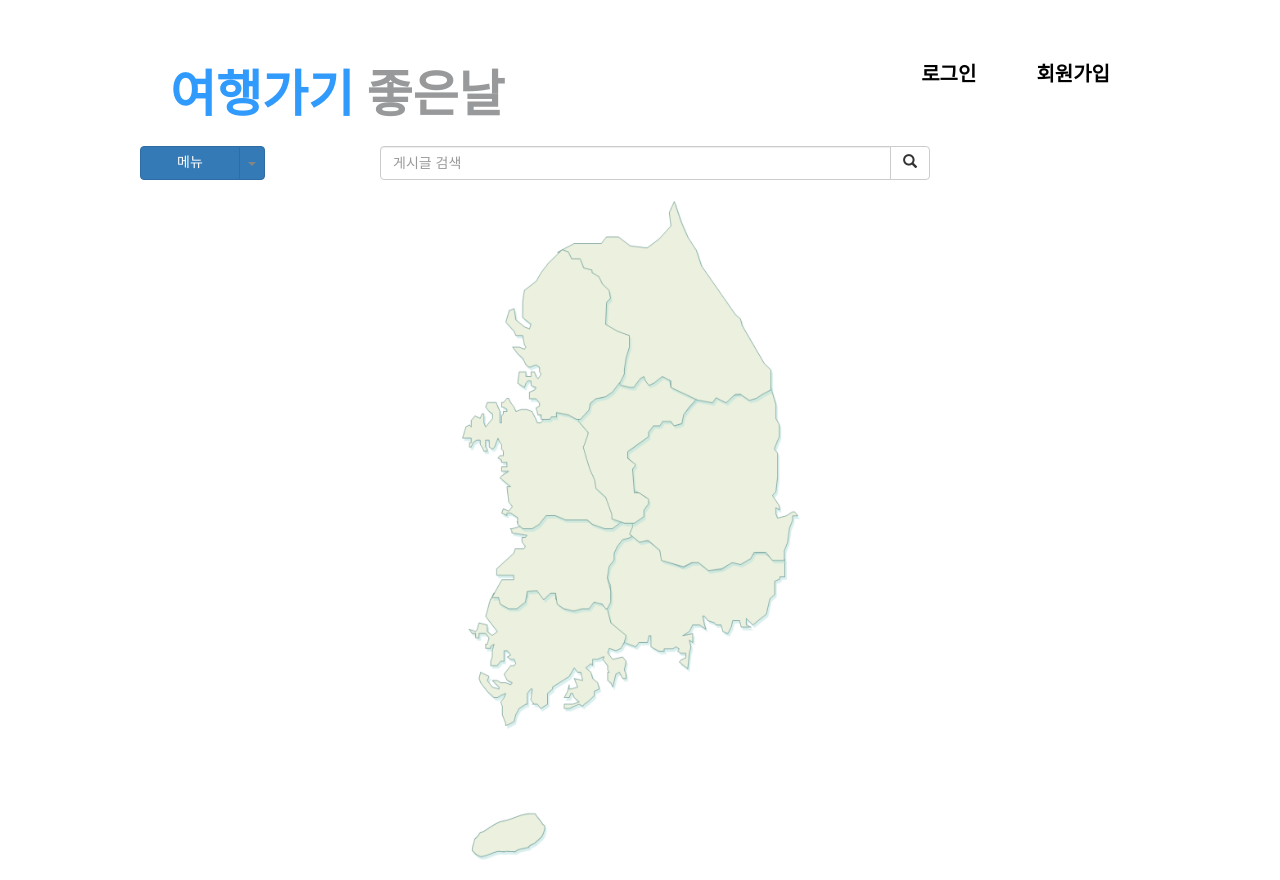
Repository: Hotmintchoco/teamProject1
Page: http://localhost/tripProject/mypage.jsp
The author's editor kept a copy of each file at every save. The page is drawn from the files as they stood at one save, then again after the next save.
The browser window is 1280 px wide. The pictures show the whole page.
Some web fonts or font styles are not loaded; a fallback is used. The page is served by Tomcat 9. Nobody is signed in. The application's start-up code is not run. Other server files are loaded and not shown.

Above is the page before, as saved 2022-07-02 11:45:04.

### tripProject/src/main/webapp/mypage.jsp
<%@ page language="java" contentType="text/html; charset=UTF-8"
    pageEncoding="UTF-8"%>
<!DOCTYPE html>
<html>
<head>
<meta charset="UTF-8">
    <meta name="viewport" content="width=device-width, initial-scale=1.0">
    <title>여행가기 좋은날</title>
    <link rel="preconnect" href="https://fonts.googleapis.com">
	<link rel="preconnect" href="https://fonts.gstatic.com" crossorigin>
	<link href="https://fonts.googleapis.com/css2?family=Gugi&display=swap" rel="stylesheet">
    <link rel="stylesheet" href="fontawesome/css/all.min.css"> <!-- https://fontawesome.com/ -->
    <link rel="stylesheet" href="css/magnific-popup.css">
    <link rel="stylesheet" href="css/templatemo-ocean-vibes.css">
    <link rel="stylesheet" href="https://maxcdn.bootstrapcdn.com/bootstrap/3.4.1/css/bootstrap.min.css">
    <script src="https://ajax.googleapis.com/ajax/libs/jquery/3.6.0/jquery.min.js"></script>
  	<script src="https://maxcdn.bootstrapcdn.com/bootstrap/3.4.1/js/bootstrap.min.js"></script>

    <style>
    	* {font-family: 'Gugi', cursive}
        ul,ol.li {list-style: none; margin: 0; padding: 0;}
        nav {width: 1000px; height: 50px; margin:0 auto;}
	    nav > ul > li > a {float: right; color: black; font-size: 20px;
            text-decoration: none; margin: 0px 30px 0 30px;
            font-weight: bold;}
        #slider {width: 1000px; height: 700px; margin: 0 auto;}
        #slider > img {margin-left: 250px;}
        .tm-mt-0 {float: left; font-size: 50px;}
        #menubar {width: 1000px; margin: 0 auto;}
    </style>
</head>
<body>
    <header class="tm-site-header">
        <div>
            <nav>
                <ul>
                    <li><a href="#">회원가입</a></li>
                    <li><a href="#">로그인</a></li>
                    <li><a href="mypage.jsp" class="tm-mt-0 tm-mb-15"><span class="tm-color-primary">여행가기</span> <span class="tm-color-gray-2">좋은날</span></a></li>
                </ul>
            </nav>
        </div>
    </header>
    <div id="menubar">
		<table style="width: 100%;">
			<tbody>
				<tr style="width: 100%;">
					<td style="width: 24%;">
						<div class="btn-group">
							<button type="button" class="btn btn-primary" style="width:100px;">메뉴</button>
							<button type="button" class="btn btn-primary dropdown-toggle"
								data-toggle="dropdown">
								<span class="caret"></span>
							</button>
							<ul class="dropdown-menu" role="menu">
								<li><a href="#">코스</a></li>
								<li><a href="#">축제</a></li>
								<li><a href="#">이벤트</a></li>
							</ul>
						</div>
					</td>
					<td style="width: 55%;">
					<form action="memberForm.jsp">
						<div class="input-group">
							<input type="text" class="form-control" name="search"
								placeholder="게시글 검색">
							<div class="input-group-btn">
								<button class="btn btn-default" type="submit">
									<i class="glyphicon glyphicon-search"></i>
								</button>
							</div>
						</div>
					</form>
					</td>
					<td></td>
				</tr>
			</tbody>
		</table>
    </div>

	<div id="slider">
        <img src="img/koreaMap2.png" alt="Map" width="450px" height="700px">
    </div>

    <script src="js/jquery-3.4.1.min.js"></script>
    <script src="js/imagesloaded.pkgd.min.js"></script>
    <script src="js/isotope.pkgd.min.js"></script>
    <script src="js/jquery.magnific-popup.min.js"></script>
    <script src="js/templatemo-script.js"></script>
</body>
</html>

### tripProject/src/main/webapp/css/templatemo-ocean-vibes.css
/*

TemplateMo 554 Ocean Vibes

https://templatemo.com/tm-554-ocean-vibes

*/

html { overflow-x: hidden; }

body {
    font-family: 'Source Sans Pro', sans-serif;
    font-size: 19px;
    line-height: 1.8em;
    overflow-x: hidden;
}

p, span, em, a, address { color: #848586; }
h2, p {
    margin-top: 0;
}

a:hover, a.active { color: #309AFD; }

.tm-btn {
    padding: 10px 40px;
    color: white;
    background-color: #3299CD;
    display: inline-block;
    border: none;
    cursor: pointer;
    font-size: 1.2rem;
    transition: all 0.3s ease;
}

button.tm-btn {
    padding: 15px 40px;
}

.tm-btn:hover {
    color: white;
    background-color: #49b4e9;
}

h1 { font-size: 3rem; }
em { display: block; }
div { box-sizing: border-box;}
.tm-mt-35 { margin-top: 35px; }
.tm-mb-0 { margin-bottom: 0; }
.tm-mb-15 { margin-bottom: 15px; }
.tm-mb-30 { margin-bottom: 30px; }
.tm-mb-40 { margin-bottom: 40px; }
.tm-mb-50 { margin-bottom: 50px; }
.tm-mb-80 { margin-bottom: 80px; }
.tm-text-center { text-align: center; }
.tm-text-right { text-align: right; }
.tm-color-primary { color: #309AFD; }
.tm-color-gray { color: #666768; }
.tm-color-gray-2 { color: #98999A; }
.tm-color-light-gray { color: #9E9FA0; }
.tm-bg-white { background-color: #FFF; }
.tm-bg-gray { background-color: #F1F2F3; }
blockquote { margin: 0 0 30px 10px; }
img { max-width: 100%; }
.tm-page-title { font-size: 30px; }

body, ul {
    margin: 0;
    padding: 0;
}

a {
    text-decoration: none;
    transition: all 0.3s ease;
}

.tm-mt-0 { margin-top: 0; }

.tm-site-header {
    padding: 60px 70px 30px;
}

.tm-tagline {
    font-size: 1.5rem;
    margin-left: 130px;
}

#tm-video-container {
    max-height: 400px;
    overflow: hidden;
    background-color: #333;
    margin-bottom: 90px;
    position: relative;
}

#tm-video {
    width: 100%;
    height: auto;
}

#tm-video-control-button {
    position: absolute;
    bottom: 20px;
    right: 20px;
    z-index: 1000;
    color: #e1e1e1;
}

.tm-nav-item {
    list-style: none;
    margin: 22px;
}

.tm-nav-link {
    display: flex;
    align-items: center;
    flex-direction: column;
    width: 200px;
    height: 200px;
    padding: 30px;
    border: 1px solid #D2D3D4;
    color: #999;
    box-sizing: border-box;
}

.tm-nav-link:hover,
.tm-nav-link.active {
    color: #309AFD;
}

.tm-nav-link i {
    margin-top: 30px;
    color: #309AFD;
}

.tm-main-nav ul {
    display: flex;
    flex-wrap: wrap;
    margin-left: auto;
    margin-right: auto;
}

.tm-container {
    max-width: 1254px;
    padding-left: 15px;
    padding-right: 15px;
    margin: 0 auto 135px;
}

.tm-footer {
    display: flex;
    justify-content: space-between;
    padding: 25px;
    font-size: 0.9em;
}

.tm-close-popup {
    text-align: right;
    display: block;
}

.tm-close-popup i {
    margin-left: 10px;
    margin-right: 10px;
}

.tm-row {
    display: flex;
}

.tm-col-6 {
    flex: 0 0 50%;
}

.tm-intro-pad {
    padding: 40px 55px 50px;
}

.tm-intro-col-l {
    margin-right: 40px;
}

/* text-based popup styling */
.popup {
    position: relative;
    padding: 12px 10px 35px;
    width:auto;
    max-width: 1200px;
    margin: 0 auto;
}

/*

====== Move-from-top effect ======

*/
.mfp-move-from-top .mfp-with-anim {
    opacity: 0;
    transition: all 0.2s;
    transform: translateY(-100px);
}
.mfp-move-from-top.mfp-bg {
    opacity: 0;
    transition: all 0.2s;
}
.mfp-move-from-top.mfp-ready .mfp-with-anim {
    opacity: 1;
    transform: translateY(0);
}
.mfp-move-from-top.mfp-ready.mfp-bg {
    opacity: 0.8;
}
.mfp-move-from-top.mfp-removing .mfp-with-anim {
    transform: translateY(-50px);
    opacity: 0;
}
.mfp-move-from-top.mfp-removing.mfp-bg {
    opacity: 0;
}

button.mfp-arrow {
    display: none;
}

/* Intro */
.tm-intro-img {
    max-width: 300px;
    max-height: 600px;
}

/* Gallery */
.tm-gallery {
    flex: 0 0 68%;
    margin: 0 20px;
}

.tm-gallery-container {
    position: relative;
    max-width: 800px;
    margin: 0 -10px;
	list-style: none;
    text-align: center;
}

.tm-paging {
    overflow: auto;
    margin-top: 25px;
}

.tm-paging li {
    list-style: none;
}

.tm-paging-link {
    display: flex;
    float: left;
    width: 40px;
    height: 40px;
    align-items: center;
    justify-content: center;
    background: white;
    color: #999;
    margin-right: 15px;
    margin-bottom: 15px;
}

a.tm-paging-link.active,
a.tm-paging-link:hover {
    background: #309AFD;
    color: white;
}

.tm-gallery-right {
    flex: 0 0 26%;
    margin-left: 15px;
}

.tm-gallery-links {
    margin-left: 35px;
    margin-bottom: 55px;
}

.tm-gallery-links li {
    list-style: none;
    margin-bottom: 20px;
}

.tm-gallery-link-icon {
    display: inline-block;
    width: 30px;
}

.tm-gallery-item {
    overflow: hidden;
    margin: 15px 10px;
    min-width: 180px;
    max-width: 180px;
    max-height: 240px;
    width: 25%;
    background: #3085a3;
    text-align: center;
    cursor: pointer;
}

.tm-gallery-container figure img {
    position: relative;
    display: block;
    min-height: 100%;
    max-width: 100%;
    opacity: 0.9;
}

.tm-gallery-container figure figcaption {
	padding: 2em;
	color: #fff;
	text-transform: uppercase;
	font-size: 1.25em;
	-webkit-backface-visibility: hidden;
	backface-visibility: hidden;
}

.tm-gallery-container figure figcaption::before,
.tm-gallery-container figure figcaption::after {
	pointer-events: none;
}

.tm-gallery-container figure figcaption,
.tm-gallery-container figure figcaption > a {
	position: absolute;
	top: 0;
	left: 0;
	width: 100%;
	height: 100%;
}

/* Anchor will cover the whole item by default */
/* For some effects it will show as a button */
.tm-gallery-container figure h2 {
	word-spacing: -0.15em;
	font-weight: 300;
}

.tm-gallery-container figure h2 span {
	font-weight: 800;
}

.tm-gallery-container figure h2,
.tm-gallery-container figure p {
	margin: 0;
}

.tm-gallery-container figure p {
	letter-spacing: 1px;
	font-size: 68.5%;
}

/*---------------*/
/***** Chico *****/
/*---------------*/

figure.effect-chico img {
	-webkit-transition: opacity 0.35s, -webkit-transform 0.35s;
	transition: opacity 0.35s, transform 0.35s;
	-webkit-transform: scale(1.12);
	transform: scale(1.12);
}

figure.effect-chico:hover img {
	opacity: 0.5;
	-webkit-transform: scale(1);
	transform: scale(1);
}

figure.effect-chico figcaption {
    padding: 1em;
    box-sizing: border-box;
    display: flex;
    align-items: center;
}

figure.effect-chico figcaption::before {
	position: absolute;
	top: 15px;
	right: 15px;
	bottom: 15px;
	left: 15px;
	border: 1px solid #fff;
	content: '';
	-webkit-transform: scale(1.1);
	transform: scale(1.1);
}

figure.effect-chico figcaption::before,
figure.effect-chico p {
	opacity: 0;
	-webkit-transition: opacity 0.35s, -webkit-transform 0.35s;
	transition: opacity 0.35s, transform 0.35s;
}

figure.effect-chico h2 {
	padding: 20% 0 20px 0;
}

figure.effect-chico p {
    color: white;
	margin: 0 auto;
	max-width: 200px;
	-webkit-transform: scale(1.5);
	transform: scale(1.5);
}

figure.effect-chico:hover figcaption::before,
figure.effect-chico:hover p {
	opacity: 1;
	-webkit-transform: scale(1);
	transform: scale(1);
}

/* Testimonials */
.tm-testimonials-inner {
    padding: 0 20px 30px;
}

.tm-testimonial-col {
    flex: 0 0 33.3334%;
    padding-left: 20px;
    padding-right: 20px;
}

/* About */
.mapouter{
    position:relative;
    height:250px;
    width:100%;
}

.gmap_canvas {
    overflow:hidden;
    background:none!important;
    height:250px;
    width:100%;
}
.tm-contact-row {
    max-width: 1045px;
}
.tm-about-col {
    margin-left: 40px;
    margin-right: 40px;
    max-width: 500px;
}

/* Contact */
#contact {
    padding-bottom: 65px;
}
.tm-contact-col {
    flex: 0 0 50%;
    padding-left: 40px;
}

.tm-contact-col-r {
    padding-left: 0;
    padding-right: 30px;
}

.tm-contact-form {
    max-width: 350px;
    margin-left: 40px;
    margin-right: 40px;
}

.form-control {
    font-family: 'Source Sans Pro', sans-serif;
    font-size: 1.2rem;
    border: 1px solid #D5D6D7;
    box-sizing: border-box;
    padding: 15px;
    width: 100%;
}

.form-group {
    margin-bottom: 25px;
}

select:not([multiple]) {
    -webkit-appearance: none;
    -moz-appearance: none;
    background-position: right 15px center;
    background-repeat: no-repeat;
    background-image: url(../img/select-arrow.png);
    padding: 14px 20px;
    padding-right: 20px;
    color: #666;
}

.tm-contact-links li {
    list-style: none;
    margin-bottom: 10px;
}

.tm-contact-link-icon {
    margin-right: 15px;
}

address {
    font-style: normal;
}

@media (max-width: 850px) {
    .tm-contact-row {
        flex-direction: column;
    }

    .tm-contact-col {
        flex: 0 0 100%;
        max-width: 100%;
        padding-left: 30px;
        padding-right: 30px;
    }

    .tm-contact-form {
        max-width: 100%;
        margin-left: 0;
        margin-right: 0;
        margin-bottom: 50px;
    }
}

@media (max-width: 700px) {
    .tm-about-row {
        flex-direction: column;
    }
    .tm-about-col {
        flex: 0 0 100%;
    }
}

@media (max-width: 1264px) {
    .tm-main-nav ul {
        max-width: 976px;
    }
}

@media (max-width: 1020px) {
    .tm-main-nav ul {
        max-width: 732px;
    }
}

@media (max-width: 776px) {
    .tm-main-nav ul {
        max-width: 488px;
    }
}

@media (max-width: 532px) {
    .tm-main-nav ul {
        max-width: 244px;
    }
}

@media (max-width: 992px) {
    .tm-testimonial-row {
        flex-wrap: wrap;
    }
    .tm-testimonial-col {
        flex: 100%;
        margin-bottom: 50px;
    }

    .tm-testimonial-col:last-child {
        margin-bottom: 0;
    }

    .tm-testimonial-col-2 {
        flex: 50%;
    }
}

@media (max-width: 635px) {
    .tm-testimonial-col-2 {
        flex: 100%;
    }
}

@media (max-width: 902px) {
    .tm-gallery {
        flex: 0 0 50%;
    }
    .tm-gallery-right {
        flex: 0 0 38%;
    }
}

@media (max-width: 805px) {
    .tm-gallery-row {
        flex-direction: column-reverse;
    }
    .tm-gallery {
        flex: 0 0 100%;
    }
    .tm-gallery-right {
        flex: 0 0 100%;
        margin-left: 20px;
        margin-right: 20px;
    }

    .tm-gallery-right-inner {
        display: flex;
        flex-direction: column-reverse;
    }

    .tm-gallery-links {
        display: flex;
        flex-wrap: wrap;
        margin-top: 20px;
        margin-bottom: 0;
        margin-left: 0;
    }

    .tm-gallery-links li {
        margin-right: 20px;
    }
}

@media (max-width: 850px) {
    .tm-content-row {
        flex-direction: column;
    }

    .tm-intro-col-l {
        margin-right: 0;
    }
}

@media (max-width: 650px) {
    .tm-intro-row {
        flex-direction: column;
    }

    .tm-intro-img {
        max-width: 100%;
        max-height: none;
    }
}

@media (max-width: 540px) {
    .tm-footer {
        flex-direction: column;
        align-items: center;
    }
}

@media (max-width: 558px) {
    .tm-site-header {
        padding-left: 30px;
        padding-right: 30px;
    }

    .tm-tagline {
        margin-left: 30px;
    }
}

### tripProject/src/main/webapp/js/templatemo-script.js
/**
 * Credits
 * Isotope with paging: https://codepen.io/TimRizzo/details/ervrRq
 * CSS3 animation effects for Magnific Popup: https://codepen.io/dimsemenov/pen/GAIkt
 */

$(document).ready(function () {

    /*************** Gallery ******************/

    var itemSelector = ".tm-gallery-item";
    var responsiveIsotope = [ [480, 4], [720, 6] ];
    var itemsPerPageDefault = 8;
    var itemsPerPage = defineItemsPerPage();
    var currentNumberPages = 1;
    var currentPage = 1;
    var currentFilter = '*';
    var filterValue = "";
    var pageAttribute = 'data-page';
    var pagerClass = 'isotope-pager';
    var $container = $('.tm-gallery-container').isotope({
        itemSelector: itemSelector
    });

    function adjustGalleryLayout(currentPopup) {
        if(currentPopup == 'gallery') {
            // layout Isotope after each image loads
            $container.imagesLoaded().progress( function() {
                $container.isotope('layout');
            });
        }
    }

    /************** Popup *****************/

    $('#inline-popups').magnificPopup({
        delegate: 'a',
        removalDelay: 500, //delay removal by X to allow out-animation
        callbacks: {
            beforeOpen: function() {
                this.st.mainClass = this.st.el.attr('data-effect');
            },
            open: function() {
                adjustGalleryLayout($.magnificPopup.instance.content.attr('id'));
            }
        },
        midClick: true, // allow opening popup on middle mouse click. Always set it to true if you don't provide alternative source.
        showCloseBtn: false
    });

    $('.tm-close-popup').on( "click", function() {
        $.magnificPopup.close();
    });

    var popupInstance = $.magnificPopup.instance;

    $('.tm-btn-next').on("click", function(e) {
        popupInstance.next();
        adjustGalleryLayout(popupInstance.content.attr('id'));
    });

    $('.tm-btn-contact').on("click", function(e) {
        popupInstance.goTo(4);
    })

    // update items based on current filters
    function changeFilter(selector) { $container.isotope({ filter: selector }); }

    // grab all checked filters and goto page on fresh isotope output
    function goToPage(n) {
        currentPage = n;
        var selector = itemSelector;
        var exclusives = [];

        if(currentFilter != '*') {
            exclusives.push(selector + '.' + currentFilter);
        }

        // smash all values back together for 'and' filtering
        filterValue = exclusives.length ? exclusives.join('') : '*';

        // add page number to the string of filters
        var wordPage = currentPage.toString();
        filterValue += ('.'+wordPage);
        changeFilter(filterValue);
    }

    // determine page breaks based on window width and preset values
    function defineItemsPerPage() {
        var pages = itemsPerPageDefault;

        for( var i = 0; i < responsiveIsotope.length; i++ ) {
            if( $(window).width() <= responsiveIsotope[i][0] ) {
                pages = responsiveIsotope[i][1];
                break;
            }
        }
        return pages;
    }

    function setPagination() {

        var SettingsPagesOnItems = function(){
            var itemsLength = $container.children(itemSelector).length;
            var pages = Math.ceil(itemsLength / itemsPerPage);
            var item = 1;
            var page = 1;
            var selector = itemSelector;
            var exclusives = [];

                if(currentFilter != '*') {
                    exclusives.push(selector + '.' + currentFilter);
                }

                // smash all values back together for 'and' filtering
                filterValue = exclusives.length ? exclusives.join('') : '*';

                // find each child element with current filter values
                $container.children(filterValue).each(function(){
                    // increment page if a new one is needed
                    if( item > itemsPerPage ) {
                        page++;
                        item = 1;
                    }
                    // add page number to element as a class
                    wordPage = page.toString();

                    var classes = $(this).attr('class').split(' ');
                    var lastClass = classes[classes.length-1];
                    // last class shorter than 4 will be a page number, if so, grab and replace
                    if(lastClass.length < 4){
                        $(this).removeClass();
                        classes.pop();
                        classes.push(wordPage);
                        classes = classes.join(' ');
                        $(this).addClass(classes);
                    } else {
                        // if there was no page number, add it
                       $(this).addClass(wordPage);
                    }
                    item++;
                });
            currentNumberPages = page;
        }();

        // create page number navigation
        var CreatePagers = function() {

            var $isotopePager = ( $('.'+pagerClass).length == 0 ) ? $('<div class="'+pagerClass+' tm-paging"></div>') : $('.'+pagerClass);

            $isotopePager.html('');
            if(currentNumberPages > 1){
                for( var i = 0; i < currentNumberPages; i++ ) {
                    var $pager = '';

                    if(currentPage == i+1) {
                        $pager = $('<a href="javascript:void(0);" class="pager active tm-paging-link" '+pageAttribute+'="'+(i+1)+'"></a>');
                    } else {
                        $pager = $('<a href="javascript:void(0);" class="pager tm-paging-link" '+pageAttribute+'="'+(i+1)+'"></a>');
                    }

                    $pager.html(i+1);

                    $pager.click(function(){
                        $('.tm-paging-link').removeClass('active');
                        $(this).addClass('active');
                        var page = $(this).eq(0).attr(pageAttribute);
                        goToPage(page);
                    });
                    $pager.appendTo($isotopePager);
                }
            }
            $container.after($isotopePager);
        }();
    }

    setPagination();
    goToPage(1);

    //event handlers
    $('.tm-gallery-link').click(function(e) {
        var filter = $(this).data('filter');
        currentFilter = filter;
        setPagination();
        goToPage(1);
        $('.tm-gallery-link').removeClass('active');
        $(e.target).addClass('active');
    })

    //Handle window resize
    $(window).resize(function(){
        itemsPerPage = defineItemsPerPage();
        setPagination();
        goToPage(1);
    });

    /************** Video background *********/

    function setVideoSize() {
        const vidWidth = 1280;
        const vidHeight = 720;
        const maxVidHeight = 400;
        let windowWidth = window.innerWidth;
        let newVidWidth = windowWidth;
        let newVidHeight = windowWidth * vidHeight / vidWidth;
        let marginLeft = 0;
        let marginTop = 0;

        if (newVidHeight < maxVidHeight) {
            newVidHeight = maxVidHeight;
            newVidWidth = newVidHeight * vidWidth / vidHeight;
        }

        if(newVidWidth > windowWidth) {
            marginLeft = -((newVidWidth - windowWidth) / 2);
        }

        if(newVidHeight > maxVidHeight) {
            marginTop = -((newVidHeight - $('#tm-video-container').height()) / 2);
        }

        const tmVideo = $('#tm-video');

        tmVideo.css('width', newVidWidth);
        tmVideo.css('height', newVidHeight);
        tmVideo.css('margin-left', marginLeft);
        tmVideo.css('margin-top', marginTop);
    }

    setVideoSize();

    // Set video background size based on window size
    let timeout;
    window.onresize = function () {
        clearTimeout(timeout);
        timeout = setTimeout(setVideoSize, 100);

        adjustIntroImg();
    };

    // Play/Pause button for video background
    const btn = $("#tm-video-control-button");

    btn.on("click", function (e) {
        const video = document.getElementById("tm-video");
        $(this).removeClass();

        if (video.paused) {
            video.play();
            $(this).addClass("fas fa-pause");
        } else {
            video.pause();
            $(this).addClass("fas fa-play");
        }
    });


    // Adjust intro image based on the screen size
    adjustIntroImg();

    function adjustIntroImg() {
        var img = 'img/';

        if(window.innerWidth > 650) {
            img += 'intro.jpg';
        } else {
            img += 'intro-big.jpg';
        }

        $('.tm-intro-img').attr('src', img);
    }
});

Loaded but not shown: tripProject/src/main/webapp/fontawesome/css/all.min.css (library); tripProject/src/main/webapp/css/magnific-popup.css (library); tripProject/src/main/webapp/js/jquery-3.4.1.min.js (library); tripProject/src/main/webapp/js/imagesloaded.pkgd.min.js (library); tripProject/src/main/webapp/js/isotope.pkgd.min.js (library); tripProject/src/main/webapp/js/jquery.magnific-popup.min.js (library)

After the next save:
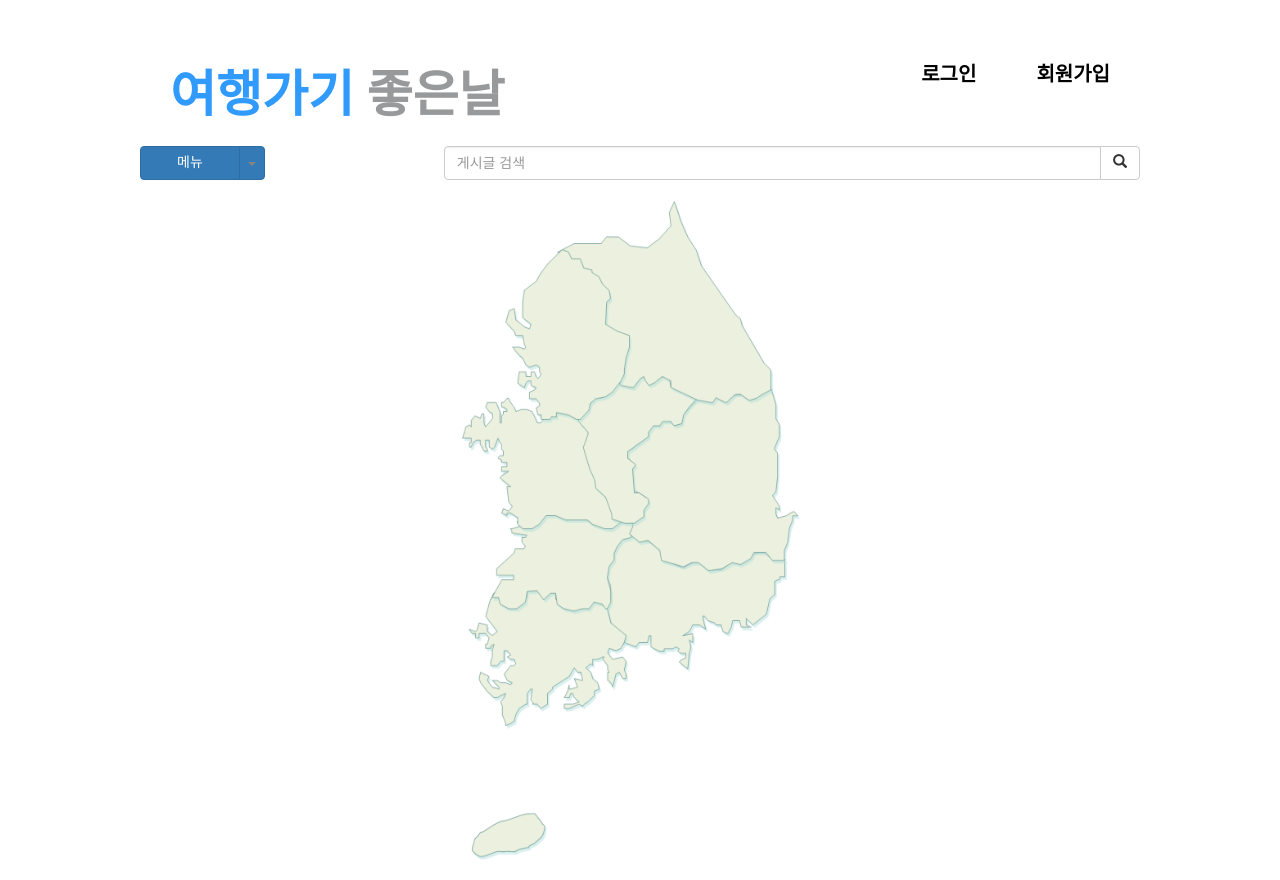
Saved 5 s later.
--- a/tripProject/src/main/webapp/mypage.jsp
+++ b/tripProject/src/main/webapp/mypage.jsp
@@ -72,7 +72,6 @@
 						</div>
 					</form>
 					</td>
-					<td></td>
 				</tr>
 			</tbody>
 		</table>
